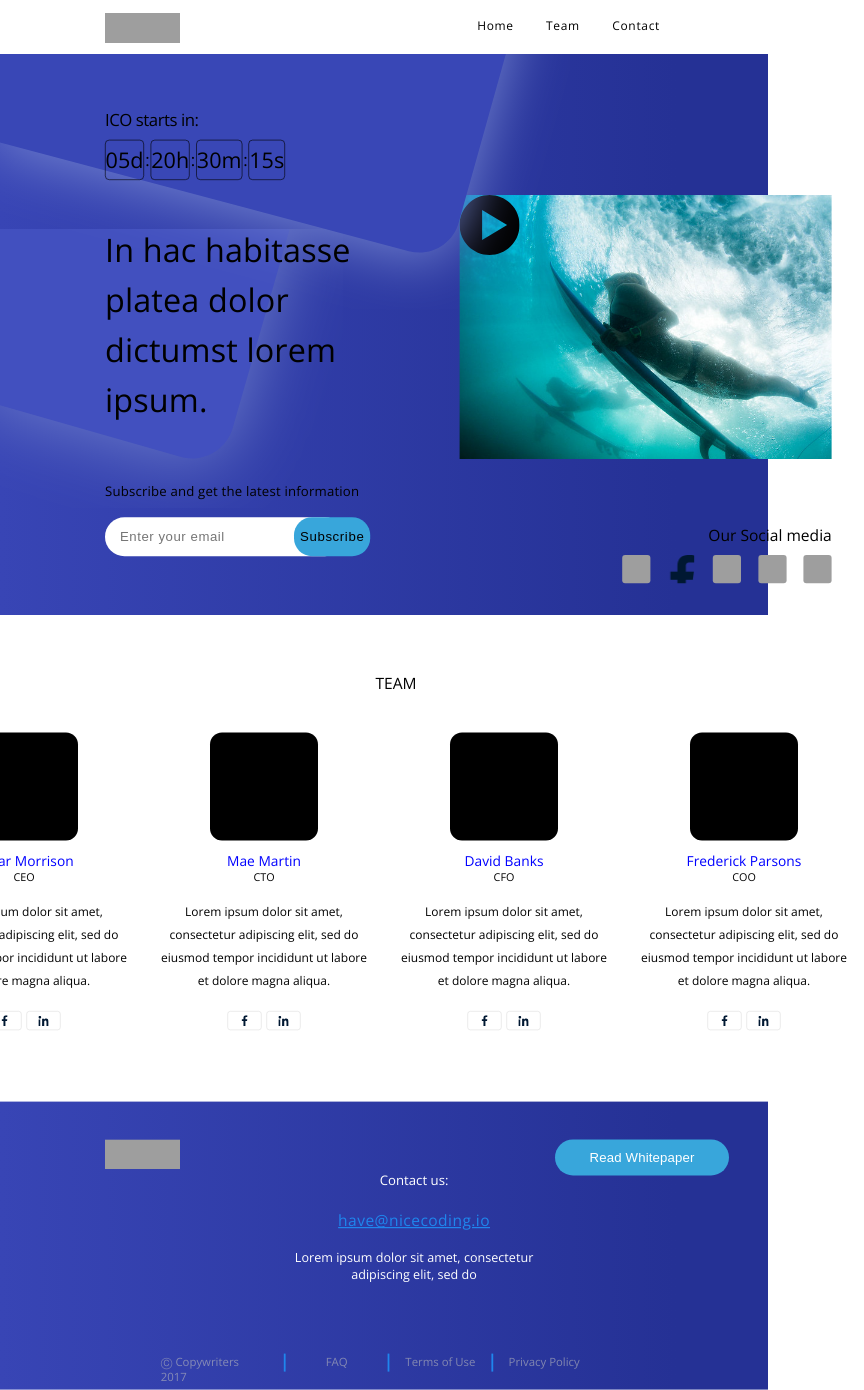
Repository: McGregorSt/newOne
Page: index.html
These files come from the project's save history. The page is drawn as it stood at one moment and after the next save; the edit follows.
The browser window is 1280 px wide. The page is 1440 px wide, so the pictures cover 1440 px, including what lies to the right of the window. The pictures show the whole page, at 60% of full size.
Pictures or frames that could not be fetched are drawn as grey boxes.

Above is the page before, as saved 2019-12-16 12:23:54.

After the next save:
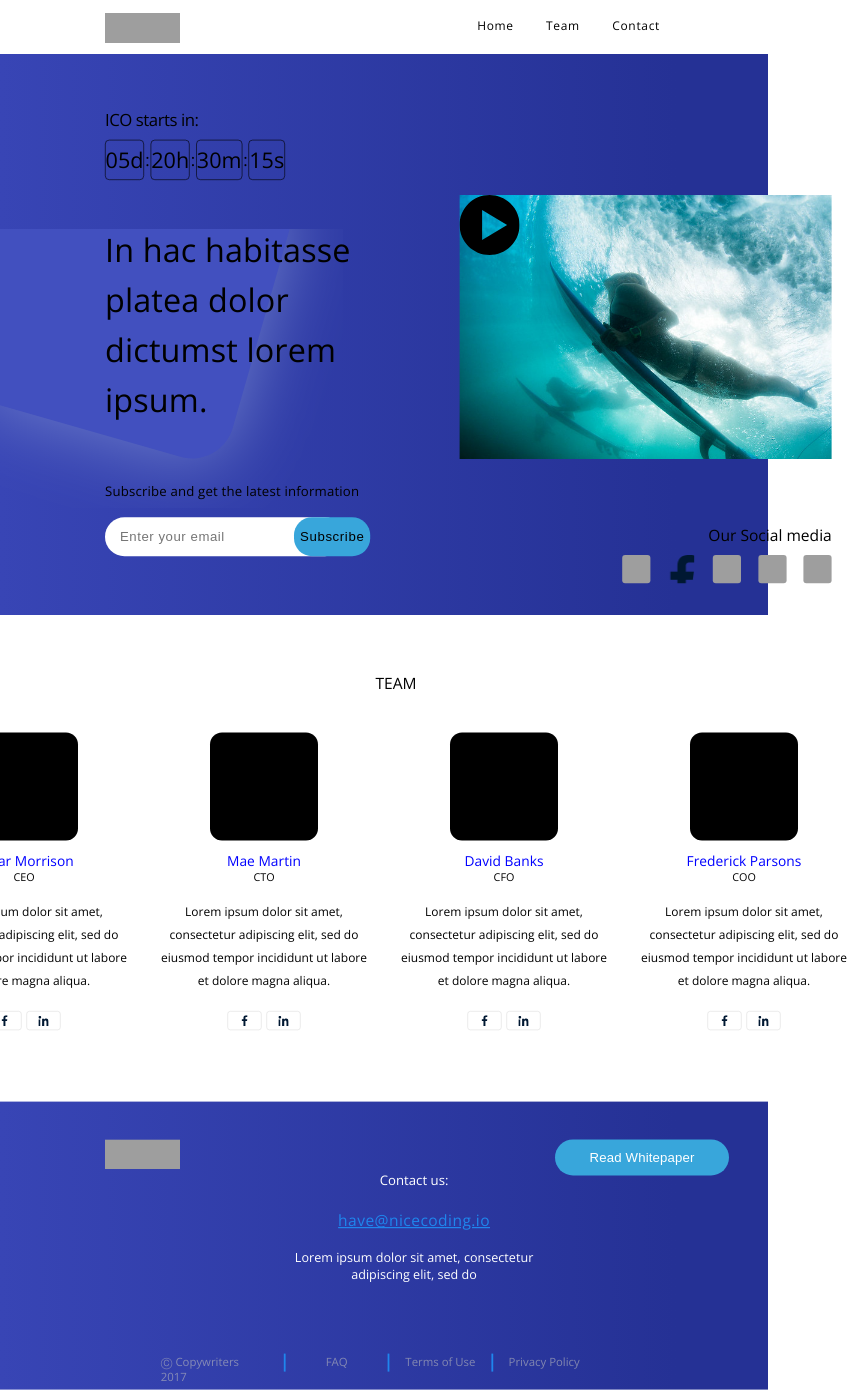
Saved 12 s later.
--- a/css/style.css
+++ b/css/style.css
@@ -72,7 +72,7 @@
   background-size: 75%;
   background-position-y: -95px;
   background-position-x: -10px;
-  position: absolute;
+  position: relative;
   z-index: 2;
   /* filter: url('../Assets/BG/Shape1@1x.svg#filter-2')  */
 }

After the 4 saves that followed:
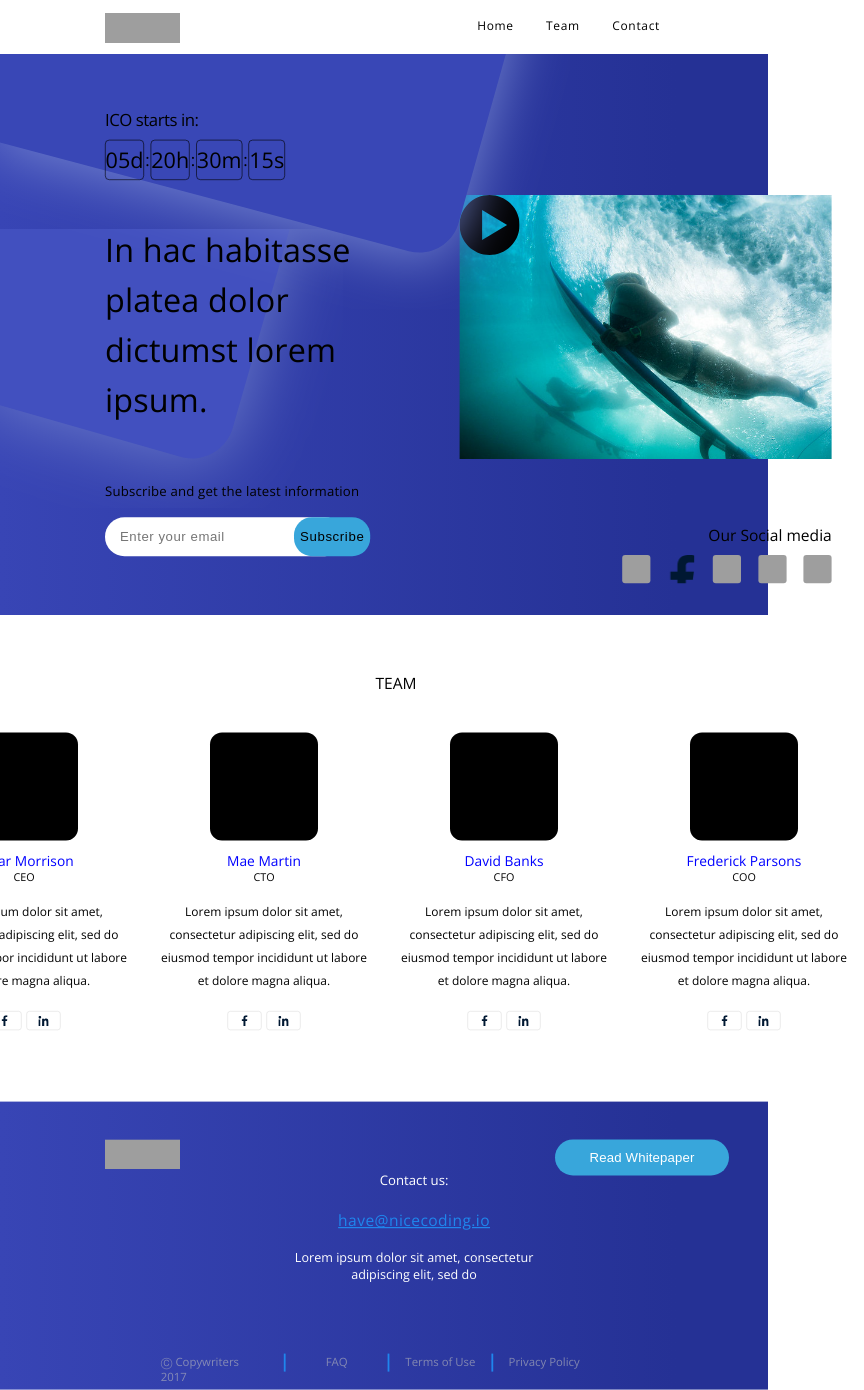
The 4 saves are shown as one change because 2 left the picture as it was and some came seconds apart.
The last was saved 40 s later.
--- a/css/style.css
+++ b/css/style.css
@@ -72,7 +72,7 @@
   background-size: 75%;
   background-position-y: -95px;
   background-position-x: -10px;
-  position: relative;
+  position: absolute;
   z-index: 2;
   /* filter: url('../Assets/BG/Shape1@1x.svg#filter-2')  */
 }
@@ -193,6 +193,7 @@
   height: 440px;
   background-color: rgba(15, 51, 47, 0.411);
   background-image: url('../Assets/player/27230166476_3c7a942ccc_c.jpg');
+  /* position: relative; */
   z-index: 20;
 }
 .media__player svg {
